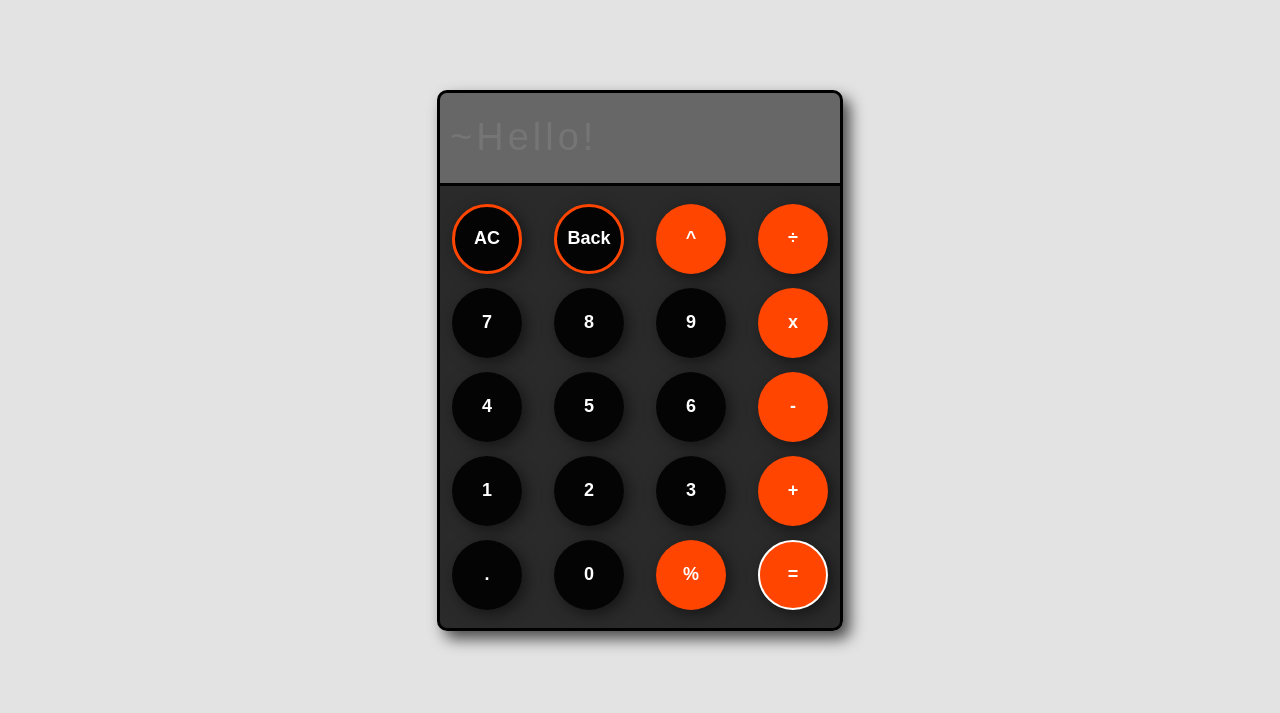
Repository: SakthivelDurai47/calculator
Page: index.html
These files come from the project's save history. The page is drawn as it stood at one moment and after the next save; the edit follows.
The browser window is 1280 px wide. The pictures show the whole page.

Above is the page before, as saved 2025-04-13 16:29:02.

### index.html
<!DOCTYPE html>
<html lang="en">
  <head>
    <meta charset="UTF-8" />
    <meta name="viewport" content="width=device-width, initial-scale=1.0" />
    <title>Calculator</title>
    <link rel="stylesheet" href="styles.css" />
    <meta name="author" content="Sakthivel Durai S" />
  </head>
  <body>
    <div id="calculator">
      <input id="display" readonly placeholder="~Hello!" />
      <!-- <p>hello how are you</p> -->
      <div id="buttons">
        <button onclick="clearDisplay()" class="control">AC</button>
        <button onclick="removeFromDisplay()" class="control">Back</button>
        <button onclick="addToDisplay('**')" class="operator">^</button>
        <button onclick="addToDisplay('/')" class="operator">÷</button>
        <button onclick="addToDisplay('7')">7</button>
        <button onclick="addToDisplay('8')">8</button>
        <button onclick="addToDisplay('9')">9</button>
        <button onclick="addToDisplay('*')" class="operator">x</button>
        <button onclick="addToDisplay('4')">4</button>
        <button onclick="addToDisplay('5')">5</button>
        <button onclick="addToDisplay('6')">6</button>
        <button onclick="addToDisplay('-')" class="operator">-</button>
        <button onclick="addToDisplay('1')">1</button>
        <button onclick="addToDisplay('2')">2</button>
        <button onclick="addToDisplay('3')">3</button>
        <button onclick="addToDisplay('+')" class="operator">+</button>
        <button onclick="addToDisplay('.')">.</button>
        <button onclick="addToDisplay('0')">0</button>
        <button onclick="addToDisplay('%')" class="operator">%</button>
        <button onclick="calculate()" class="operator result">=</button>
      </div>
    </div>
    <script src="index.js"></script>
  </body>
</html>

### styles.css
body {
  margin: 0;
  display: flex;
  justify-content: center;
  align-items: center;
  height: 100vh;
  background-color: rgb(227, 227, 227);
}
#buttons {
  display: grid;
  grid-template-columns: repeat(4, 1fr);
  gap: 8px;
  align-items: center;
  justify-items: center;
}
button {
  width: 70px;
  height: 70px;
  border-radius: 35px;
  border: none;
  background-color: rgba(0, 0, 0, 0.9);
  color: white;
  font-size: large;
  font-weight: bold;
  margin: 3px;
  margin-left: 10px;
  margin-right: 10px;
  box-shadow: 4px 4px 15px rgba(0, 0, 0, 0.5);
  cursor: pointer;
}
button:hover {
  background-color: rgba(255, 255, 255, 0.3);
}
button:active {
  background-color: rgba(255, 255, 255, 0.1);
}
.control {
  border: 3px solid orangered;
}
.operator {
  background-color: orangered;
}
.operator:hover {
  background-color: rgba(255, 68, 0, 0.3);
}
.operator:active {
  background-color: rgba(255, 68, 0, 0.1);
}
#calculator {
  width: 400px;
  height: auto;
  background-color: rgba(0, 0, 0, 0.817);
  border-radius: 10px;
  box-shadow: 7px 8px 15px rgba(0, 0, 0, 0.678);
  overflow: hidden;
  padding-bottom: 15px;
  border: 3px solid black;
}
#display {
  width: 100%;
  height: 70px;
  margin-bottom: 15px;
  border: none;
  background-color: rgba(137, 137, 137, 0.642);
  color: white;
  font-size: 38px;
  letter-spacing: 4px;
  padding: 10px;
  border-bottom: 3px solid black;
}

.result {
  border: 2px solid white;
}

### index.js
const display = document.getElementById("display");
let preValue = [""];
let errors = false;

function addToDisplay(input) {
  if (!errors) {
    if (display.value == 0) {
      display.value = "";
    }
    display.value += input;
    preValue.push(display.value);
  } else {
    display.value = "";
    preValue = [""];
    errors = false;
    addToDisplay(input);
  }
}

function clearDisplay() {
  display.value = "";
  preValue = [""];
  errors = false;
}

function removeFromDisplay() {
  if (preValue.length >= 1) {
    display.value = preValue[preValue.length - 1];
    preValue.pop();
  }
}

function calculate() {
  try {
    display.value = eval(display.value);
    if (display.value == Infinity) {
      throw new Error();
    }
  } catch (error) {
    display.value = "error";
    errors = true;
  }
}

After the next save:
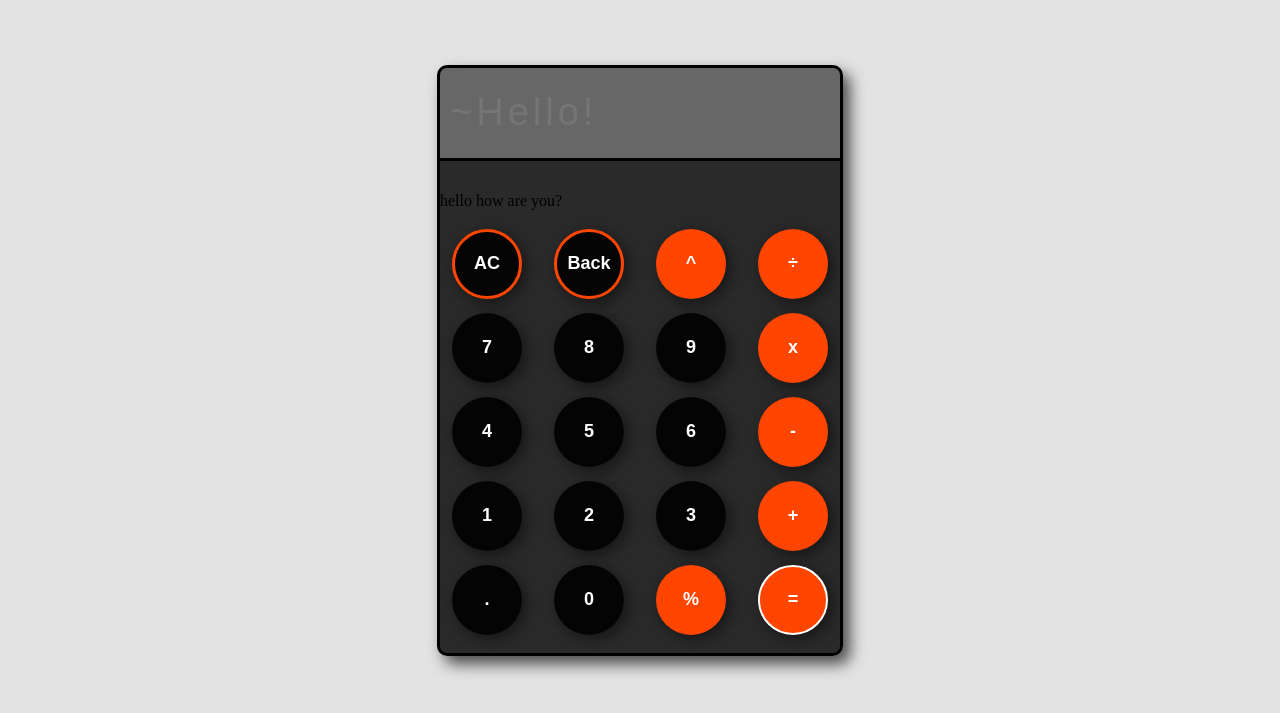
Saved 5 s later.
--- a/index.html
+++ b/index.html
@@ -10,7 +10,7 @@
   <body>
     <div id="calculator">
       <input id="display" readonly placeholder="~Hello!" />
-      <!-- <p>hello how are you</p> -->
+      <p>hello how are you?</p>
       <div id="buttons">
         <button onclick="clearDisplay()" class="control">AC</button>
         <button onclick="removeFromDisplay()" class="control">Back</button>

After the save that followed:
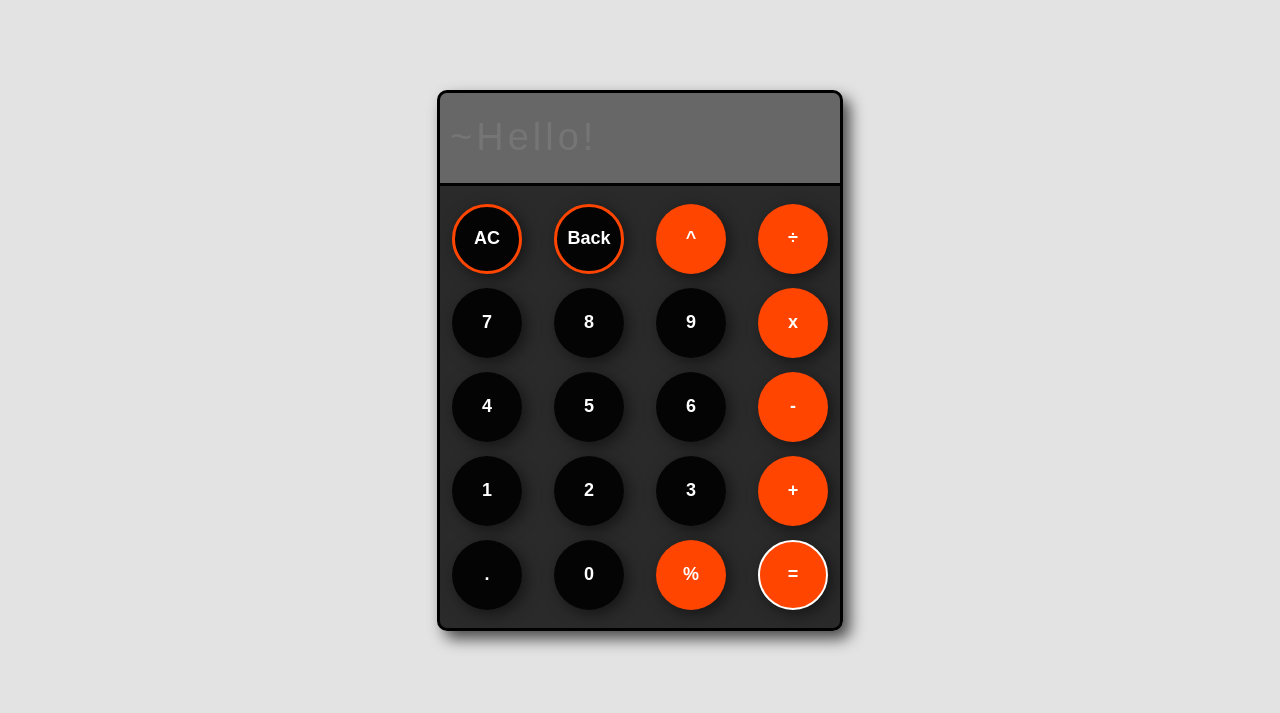
Saved 19 s later.
--- a/index.html
+++ b/index.html
@@ -10,7 +10,6 @@
   <body>
     <div id="calculator">
       <input id="display" readonly placeholder="~Hello!" />
-      <p>hello how are you?</p>
       <div id="buttons">
         <button onclick="clearDisplay()" class="control">AC</button>
         <button onclick="removeFromDisplay()" class="control">Back</button>
